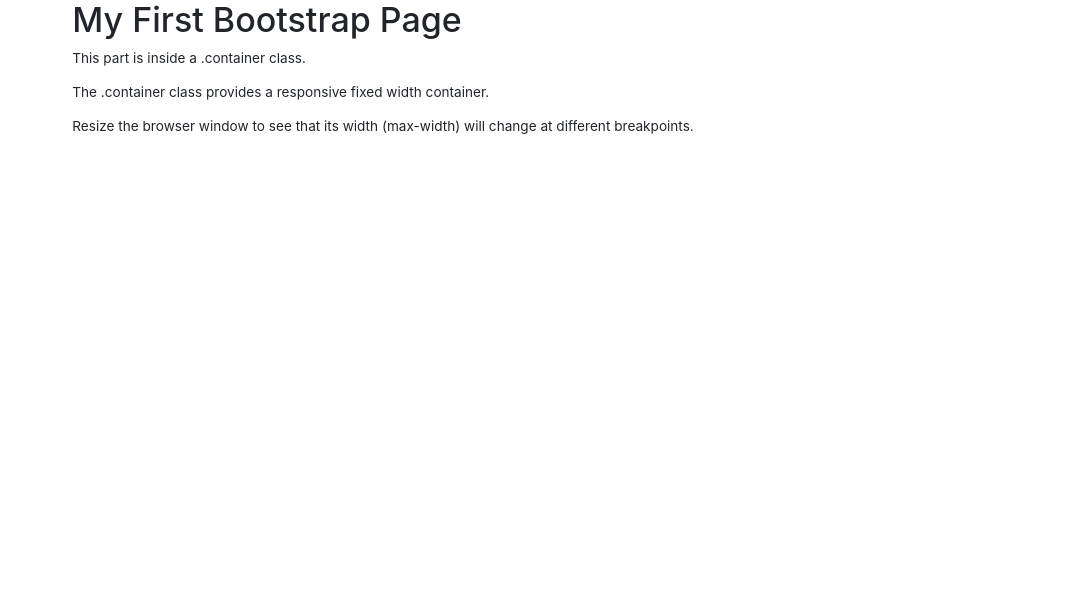
Repository: Anusha-Shilamkoti/Anusha
Page: MyFirstWebProject/WebContent/index.html
The author's editor kept a copy of each file at every save. The page is drawn from the files as they stood at one save, then again after the next save.
The browser window is 1280 px wide. The pictures show the whole page, at 85% of full size.

Above is the page before, as saved 2020-01-18 09:24:22.

After the next save:
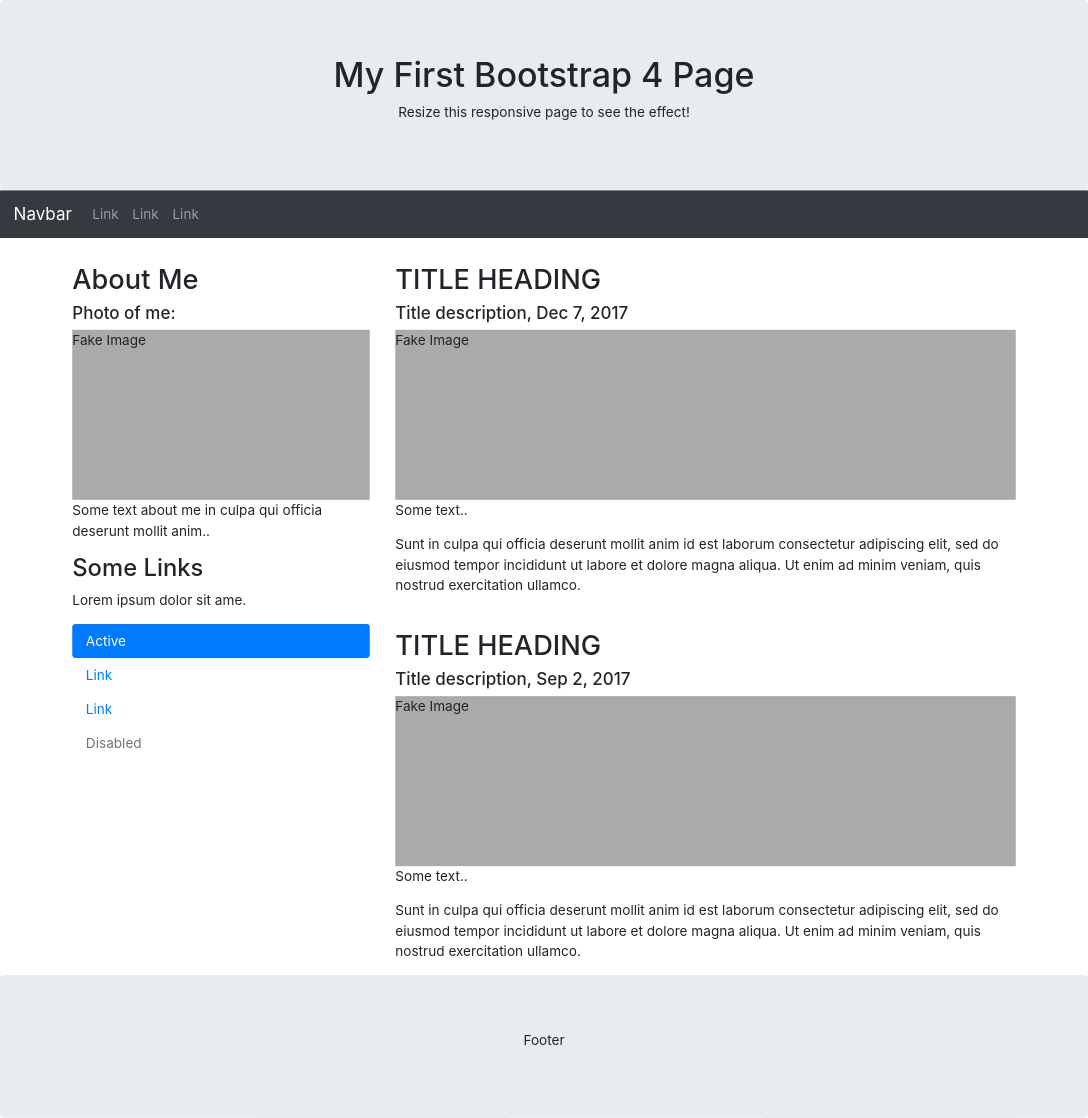
Saved 22 min 19 s later.
--- a/MyFirstWebProject/WebContent/index.html
+++ b/MyFirstWebProject/WebContent/index.html
@@ -1,21 +1,90 @@
 <!DOCTYPE html>
 <html lang="en">
 <head>
-  <title>Bootstrap Example</title>
+  <title>Bootstrap 4 Website Example</title>
   <meta charset="utf-8">
   <meta name="viewport" content="width=device-width, initial-scale=1">
   <link rel="stylesheet" href="https://maxcdn.bootstrapcdn.com/bootstrap/4.4.1/css/bootstrap.min.css">
   <script src="https://ajax.googleapis.com/ajax/libs/jquery/3.4.1/jquery.min.js"></script>
   <script src="https://cdnjs.cloudflare.com/ajax/libs/popper.js/1.16.0/umd/popper.min.js"></script>
   <script src="https://maxcdn.bootstrapcdn.com/bootstrap/4.4.1/js/bootstrap.min.js"></script>
+  <style>
+  .fakeimg {
+    height: 200px;
+    background: #aaa;
+  }
+  </style>
 </head>
 <body>
 
-<div class="container">
-  <h1>My First Bootstrap Page</h1>
-  <p>This part is inside a .container class.</p>
-  <p>The .container class provides a responsive fixed width container.</p>
-  <p>Resize the browser window to see that its width (max-width) will change at different breakpoints.</p>
+<div class="jumbotron text-center" style="margin-bottom:0">
+  <h1>My First Bootstrap 4 Page</h1>
+  <p>Resize this responsive page to see the effect!</p>
+</div>
+
+<nav class="navbar navbar-expand-sm bg-dark navbar-dark">
+  <a class="navbar-brand" href="#">Navbar</a>
+  <button class="navbar-toggler" type="button" data-toggle="collapse" data-target="#collapsibleNavbar">
+    <span class="navbar-toggler-icon"></span>
+  </button>
+  <div class="collapse navbar-collapse" id="collapsibleNavbar">
+    <ul class="navbar-nav">
+      <li class="nav-item">
+        <a class="nav-link" href="#">Link</a>
+      </li>
+      <li class="nav-item">
+        <a class="nav-link" href="#">Link</a>
+      </li>
+      <li class="nav-item">
+        <a class="nav-link" href="#">Link</a>
+      </li>
+    </ul>
+  </div>
+</nav>
+
+<div class="container" style="margin-top:30px">
+  <div class="row">
+    <div class="col-sm-4">
+      <h2>About Me</h2>
+      <h5>Photo of me:</h5>
+      <div class="fakeimg">Fake Image</div>
+      <p>Some text about me in culpa qui officia deserunt mollit anim..</p>
+      <h3>Some Links</h3>
+      <p>Lorem ipsum dolor sit ame.</p>
+      <ul class="nav nav-pills flex-column">
+        <li class="nav-item">
+          <a class="nav-link active" href="#">Active</a>
+        </li>
+        <li class="nav-item">
+          <a class="nav-link" href="#">Link</a>
+        </li>
+        <li class="nav-item">
+          <a class="nav-link" href="#">Link</a>
+        </li>
+        <li class="nav-item">
+          <a class="nav-link disabled" href="#">Disabled</a>
+        </li>
+      </ul>
+      <hr class="d-sm-none">
+    </div>
+    <div class="col-sm-8">
+      <h2>TITLE HEADING</h2>
+      <h5>Title description, Dec 7, 2017</h5>
+      <div class="fakeimg">Fake Image</div>
+      <p>Some text..</p>
+      <p>Sunt in culpa qui officia deserunt mollit anim id est laborum consectetur adipiscing elit, sed do eiusmod tempor incididunt ut labore et dolore magna aliqua. Ut enim ad minim veniam, quis nostrud exercitation ullamco.</p>
+      <br>
+      <h2>TITLE HEADING</h2>
+      <h5>Title description, Sep 2, 2017</h5>
+      <div class="fakeimg">Fake Image</div>
+      <p>Some text..</p>
+      <p>Sunt in culpa qui officia deserunt mollit anim id est laborum consectetur adipiscing elit, sed do eiusmod tempor incididunt ut labore et dolore magna aliqua. Ut enim ad minim veniam, quis nostrud exercitation ullamco.</p>
+    </div>
+  </div>
+</div>
+
+<div class="jumbotron text-center" style="margin-bottom:0">
+  <p>Footer</p>
 </div>
 
 </body>
